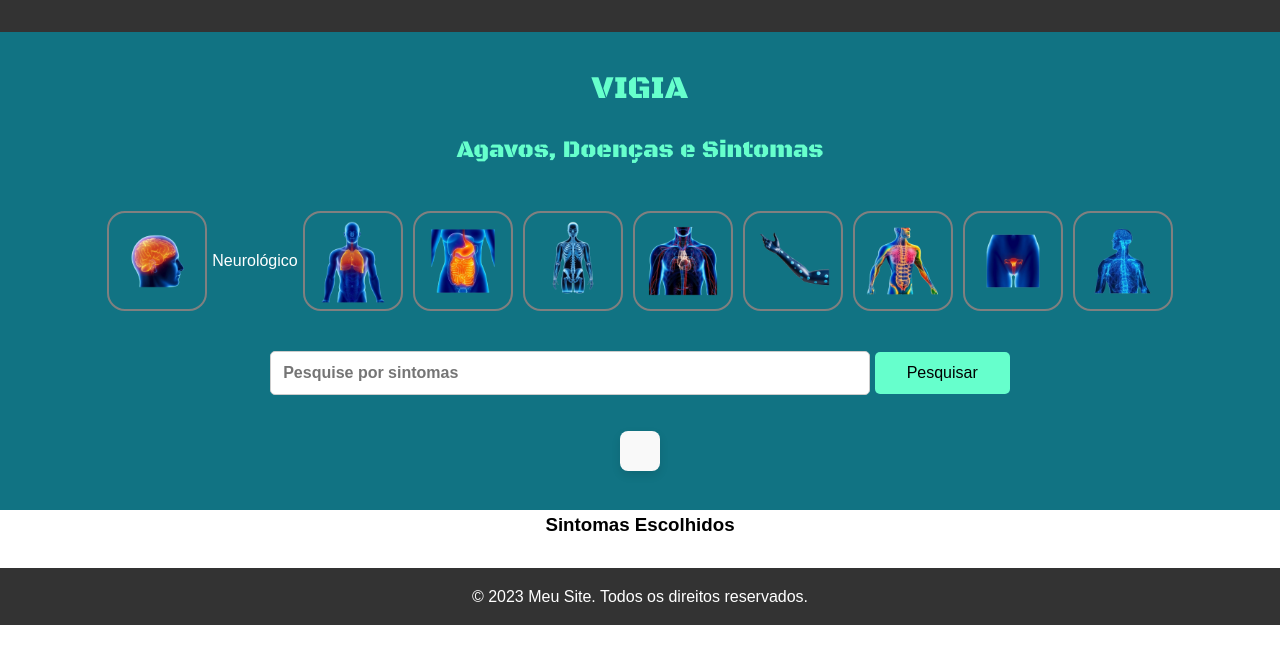
Repository: br-on/vigia
Page: index.html
An editor plug-in stored every save of this project. The page is shown before and after the next save, followed by the edit.
The browser window is 1280 px wide. The pictures show the whole page.
Some web fonts or font styles are not loaded; a fallback is used.

Above is the page before, as saved 2024-09-15 16:41:44.

After the next save:
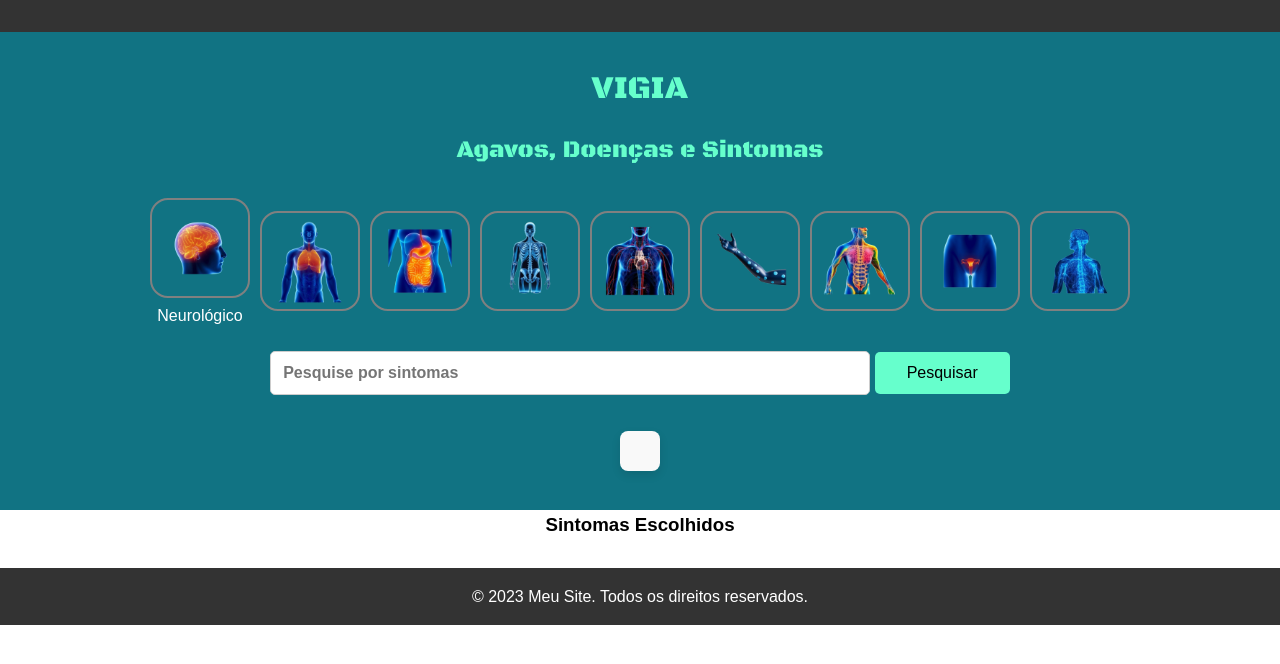
Saved 20 s later.
--- a/index.html
+++ b/index.html
@@ -13,7 +13,7 @@
     <h1 class="black-ops-one-regular">VIGIA</h1>
     <h2 class="black-ops-one-regular">Agavos, Doenças e Sintomas</h2>
     <div class="grupos-sintomas">
-      <div class="grupo-sintoma"><img src="/assets/img/grupos/neurologico.png" alt=""></div><div>Neurológico</div>
+      <div><div class="grupo-sintoma"><img src="/assets/img/grupos/neurologico.png" alt=""></div><div>Neurológico</div></div>
       <div class="grupo-sintoma"><img src="assets/img/grupos/respiratorio.png" alt=""></div>
       <div class="grupo-sintoma"><img src="assets/img/grupos/digestivo.png" alt=""></div>
       <div class="grupo-sintoma"><img src="assets/img/grupos/musculoesqueletico.png" alt=""></div>
